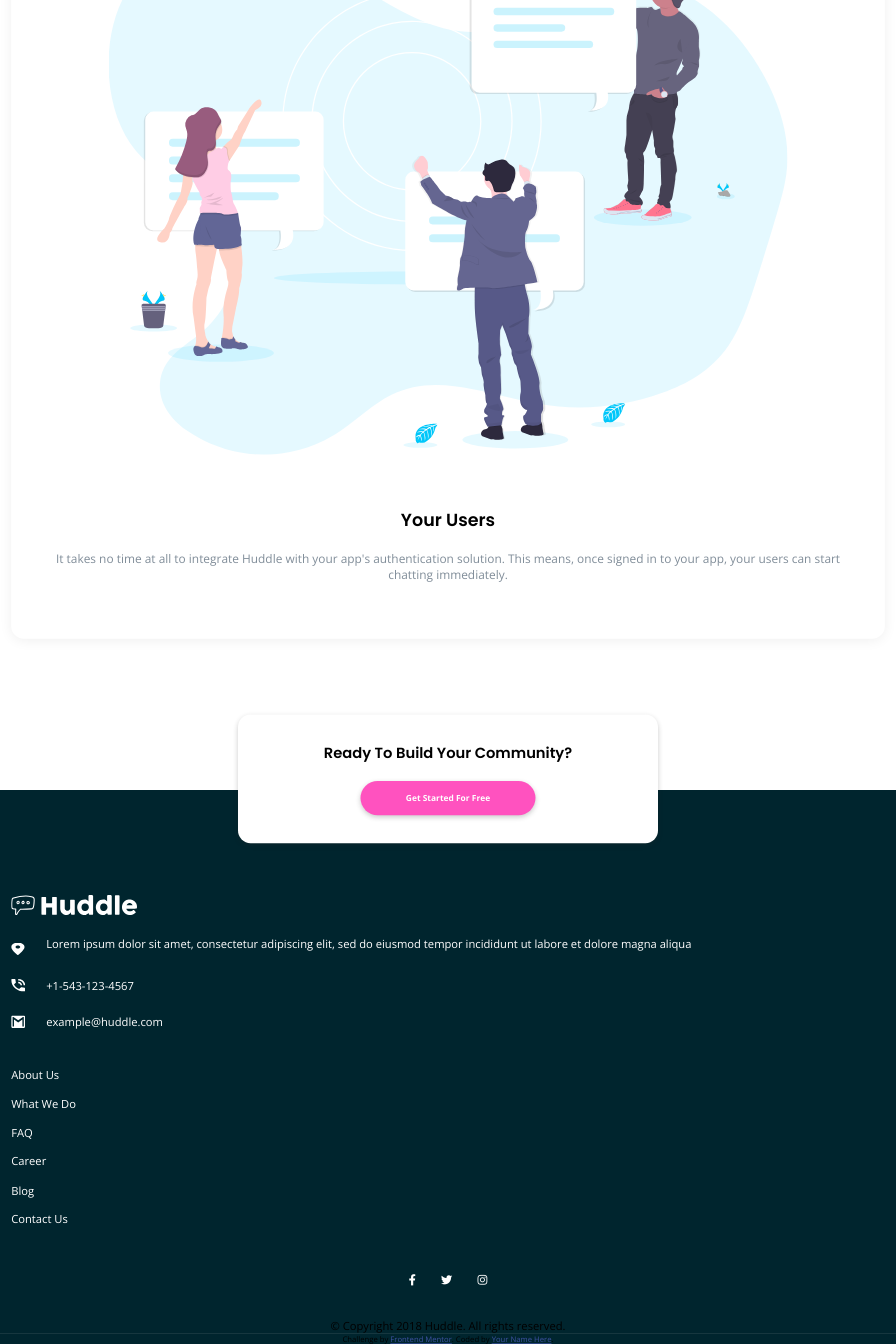
Repository: DejV44/Huddle-landing-page
Page: index.html
The author's editor kept a copy of each file at every save. The page is drawn from the files as they stood at one save, then again after the next save.
The browser window is 1280 px wide. The pictures show the part of the page from y = 3732 to 5652 px (the page is 5652 px tall before and 5620 px after), at 70% of full size.
The style sheet was rebuilt from its Sass, Less or Tailwind sources for each picture, by a compiler version that may differ from the author's.

Above is the page before, as saved 2021-08-20 12:55:31.

After the next save:
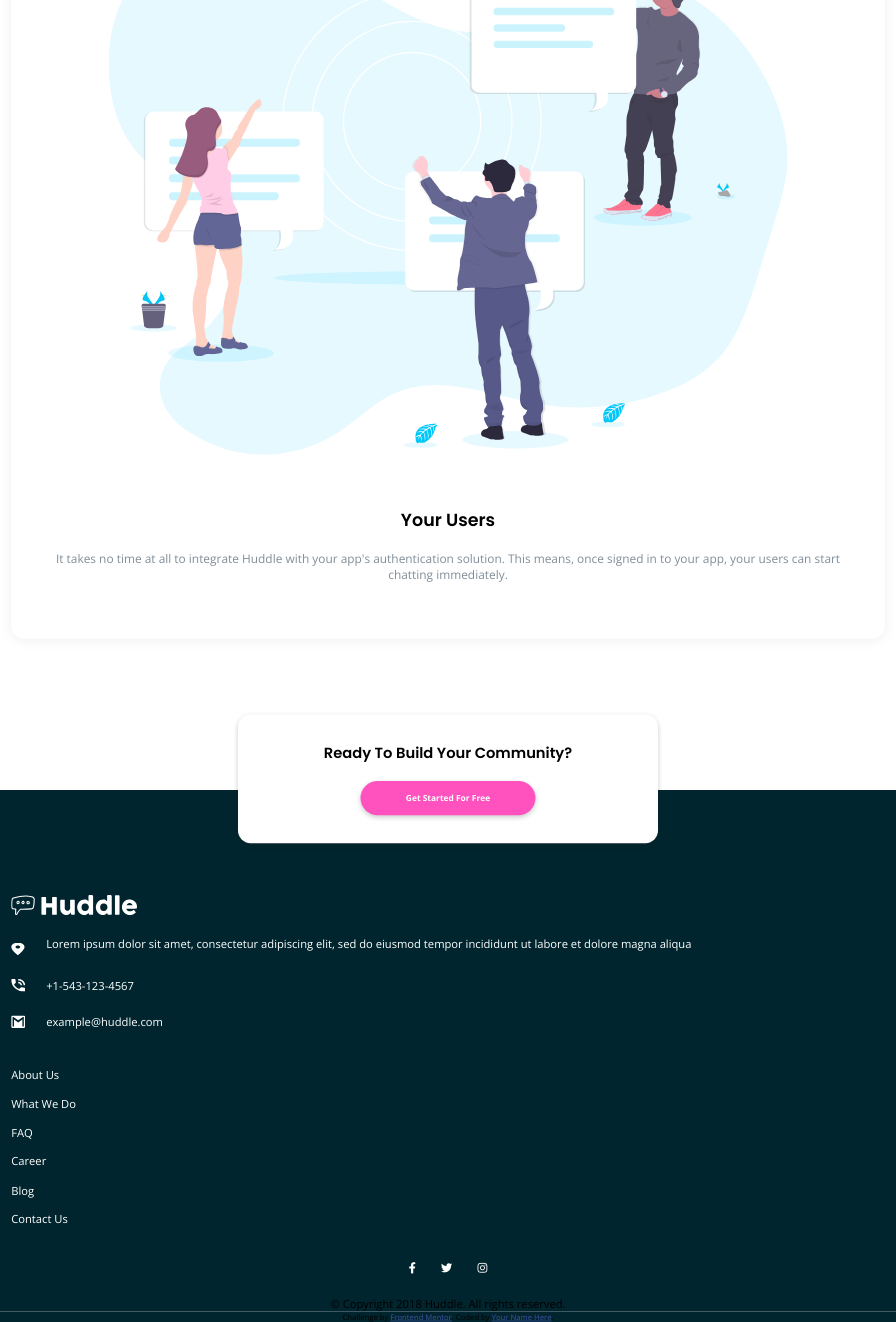
Saved 13 s later.
--- a/css/_footer.scss
+++ b/css/_footer.scss
@@ -45,11 +45,11 @@ footer {
         text-align: center;
         .social {
             display: block;
-            margin: 2rem auto;
+            margin: 1rem auto;
             color: white;
 
             i {
-                padding: 1em;
+                padding: 1rem;
             }
         }
     }
